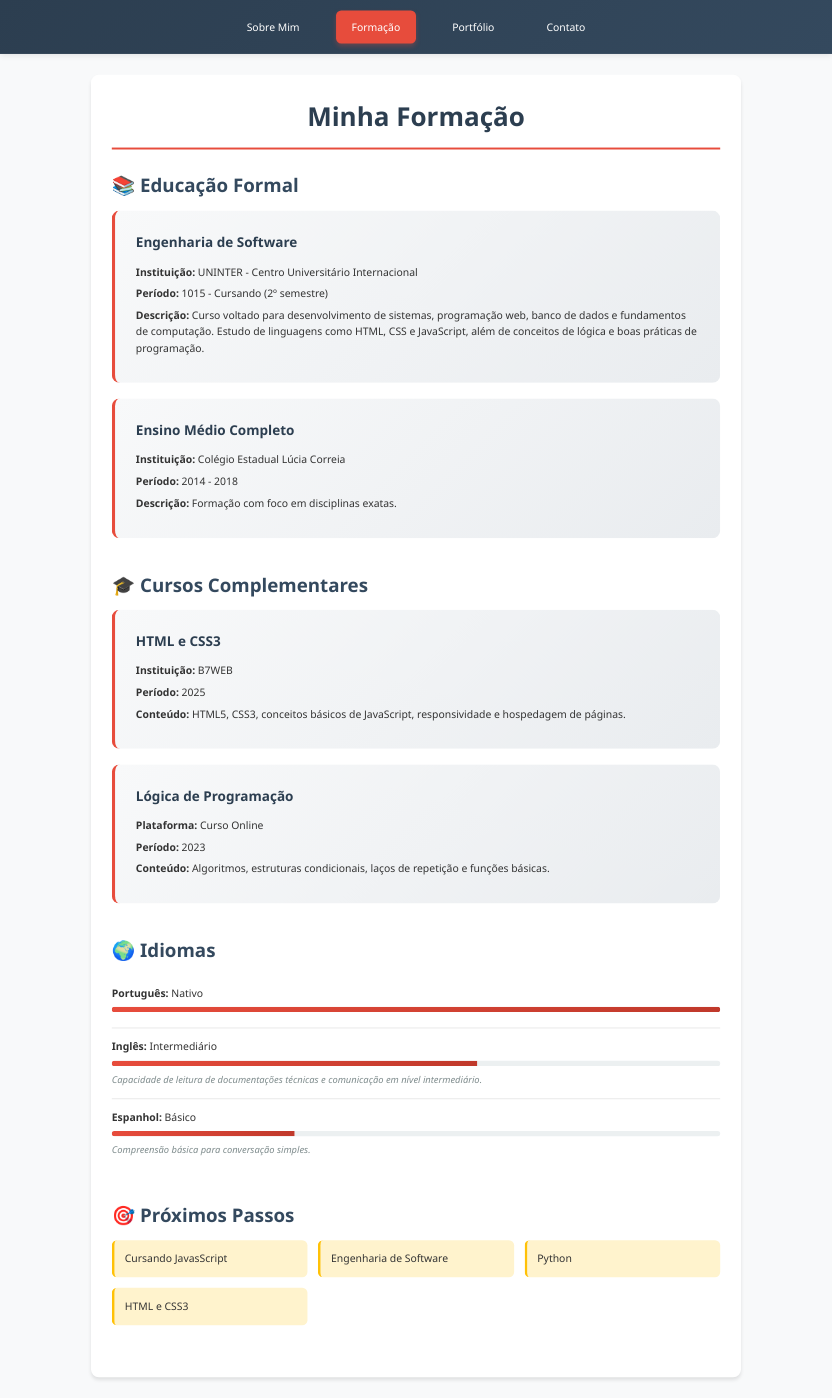
Repository: AnderHonorato/meu-portfolio
Page: formacao.html
These files come from the project's save history. The page is drawn as it stood at one moment and after the next save; the edit follows.
The browser window is 1280 px wide. The pictures show the whole page, at 65% of full size.

Above is the page before, as saved 2025-08-26 20:13:44.

After the next save:
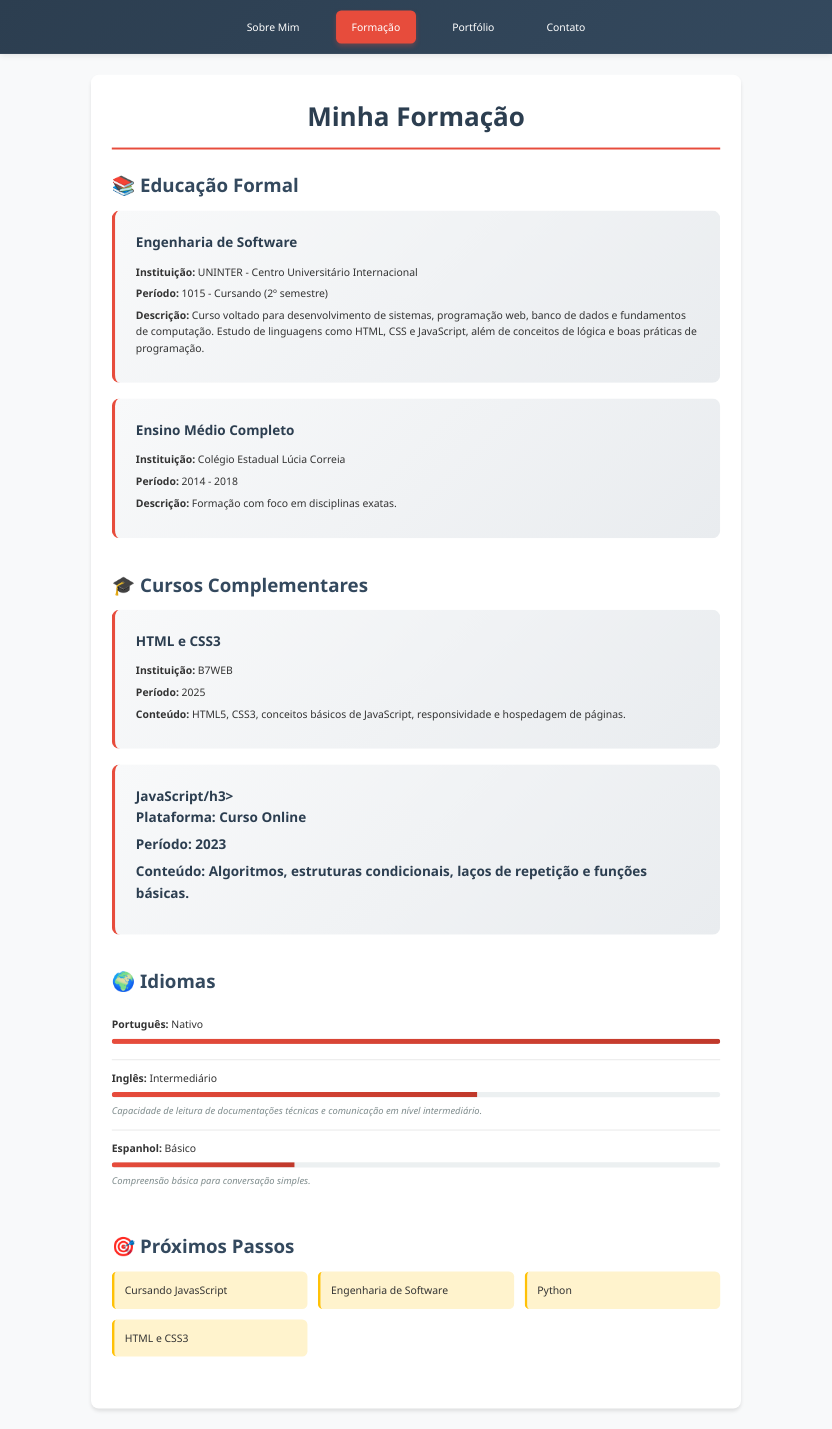
Saved 30 s later.
--- a/formacao.html
+++ b/formacao.html
@@ -52,7 +52,7 @@
             </div>
 
             <div class="item-formacao">
-                <h3>Lógica de Programação</h3>
+                <h3>JavaScript/h3>
                 <p><strong>Plataforma:</strong> Curso Online</p>
                 <p><strong>Período:</strong> 2023</p>
                 <p><strong>Conteúdo:</strong> Algoritmos, estruturas condicionais, laços de repetição e funções básicas.</p>
